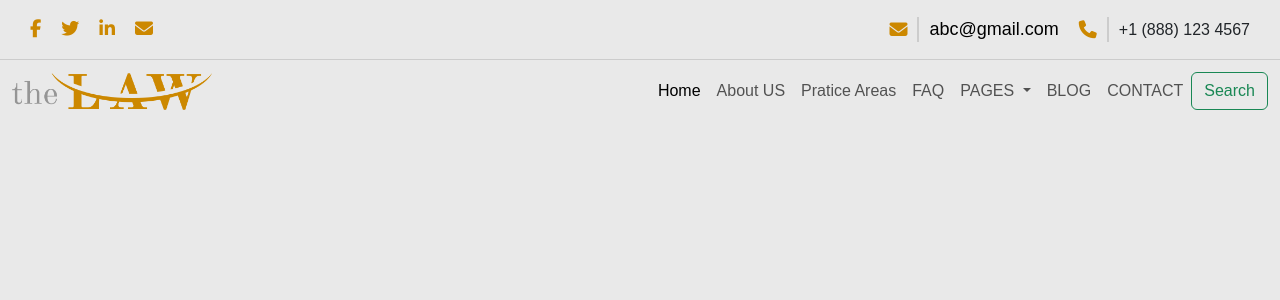
Repository: arehmanraza/lawyer_website
Page: Pages/index.html
The author's editor kept a copy of each file at every save. The page is drawn from the files as they stood at one save, then again after the next save.
The browser window is 1280 px wide. The pictures show the whole page.
Some web libraries are served in a nearby version.

Above is the page before, as saved 2024-05-22 01:45:41.

### Pages/index.html
<!DOCTYPE html>
<html lang="en">
  <head>
    <meta charset="utf-8" />
    <meta name="viewport" content="width=device-width, initial-scale=1" />
    <title>The Lawyer</title>
    <link
      rel="stylesheet"
      href="https://pro.fontawesome.com/releases/v5.10.0/css/all.css"
      integrity="sha384-AYmEC3Yw5cVb3ZcuHtOA93w35dYTsvhLPVnYs9eStHfGJvOvKxVfELGroGkvsg+p"
      crossorigin="anonymous"
    />
    <link rel="stylesheet" href="/Styling/style.css" />
    <link
      rel="stylesheet"
      href="https://cdnjs.cloudflare.com/ajax/libs/font-awesome/6.5.2/css/all.min.css"
      integrity="sha512-SnH5WK+bZxgPHs44uWIX+LLJAJ9/2PkPKZ5QiAj6Ta86w+fsb2TkcmfRyVX3pBnMFcV7oQPJkl9QevSCWr3W6A=="
      crossorigin="anonymous"
      referrerpolicy="no-referrer"
    />
    <link
      href="https://cdn.jsdelivr.net/npm/bootstrap@5.3.3/dist/css/bootstrap.min.css"
      rel="stylesheet"
      integrity="sha384-QWTKZyjpPEjISv5WaRU9OFeRpok6YctnYmDr5pNlyT2bRjXh0JMhjY6hW+ALEwIH"
      crossorigin="anonymous"
    />
  </head>
  <body>
    <div class="main-container">


      <!-- ---------------head_top_container start ------------------  -->




      <div class="head_top">
        <div class="head_top_left">
          <ul>
            <li>
              <i class="icon2 fa-brands fa-facebook-f"></i>
            </li>
            <li>
              <i class="icon2 fa-brands fa-twitter"></i>
            </li>
            <li>
              <i class="icon2 fa-brands fa-linkedin-in"></i>
            </li>
            <li>
              <i class="icon2 fa-solid fa-envelope"></i>
            </li>
          </ul>
        </div>
        <div class="head_top_right">
          <ul>
            <li>
              <i class="icon2 fa-solid fa-envelope"></i>
              <p class="border1"></p>
              <span><a class="phoneno" href = "mailto: a.rehman78766@gmail.com">abc@gmail.com</a></span>
            </li>
            <li>
              <i class="icon2 fa-solid fa-phone"></i>
              <p class="border1"></p>
              <span>+1 (888) 123 4567</span>
            </li>

          </ul>
        </div>
      </div>
      <!-- ---------------head_top_container end ------------------  -->






      <!-- ---------------Navbar_container start ------------------  -->


      <nav class="navbar navbar-expand-lg ">
        <div class="container-fluid">
          <a class="navbar-brand" href="#"><img src="/Images/logo.png"  width="200px"></a>
          <button class="navbar-toggler" type="button" data-bs-toggle="collapse" data-bs-target="#navbarSupportedContent" aria-controls="navbarSupportedContent" aria-expanded="false" aria-label="Toggle navigation">
            <span class="navbar-toggler-icon"></span>
          </button>
          <div class="collapse navbar-collapse" id="navbarSupportedContent">
            <ul class="navbar-nav ms-auto mb-2 mb-lg-0">
              <li class="nav-item">
                <a class="nav-link active" aria-current="page" href="#">Home</a>
              </li>
              <li class="nav-item">
                <a class="nav-link" href="#">About US</a>
              </li>
              <li class="nav-item">
                <a class="nav-link" href="#">Pratice Areas</a>
              </li>
              <li class="nav-item">
                <a class="nav-link" href="#">FAQ</a>
              </li>

              <li class="nav-item dropdown">
                <a class="nav-link dropdown-toggle" href="#" role="button" data-bs-toggle="dropdown" aria-expanded="false">
                  PAGES
                </a>
                <ul class="dropdown-menu">
                  <li><a class="dropdown-item" href="#">SHOP</a></li>
                  <li><a class="dropdown-item" href="#">ABOUT 2</a></li>
                  <li><a class="dropdown-item" href="#">CONTACT 2</a></li>
                </ul>
              </li>
              <li class="nav-item">
                <a class="nav-link" href="#">BLOG</a>
              </li>
              <li class="nav-item">
                <a class="nav-link" href="#">CONTACT</a>
              </li>
            </ul>
            <form class="d-flex" role="search">

              <button class="btn btn-outline-success" type="submit">Search</button>
            </form>
          </div>
        </div>
      </nav>





      <!-- ---------------Navbar_container end ------------------  -->





    </div>
    <script
      src="https://cdn.jsdelivr.net/npm/bootstrap@5.3.3/dist/js/bootstrap.bundle.min.js"
      integrity="sha384-YvpcrYf0tY3lHB60NNkmXc5s9fDVZLESaAA55NDzOxhy9GkcIdslK1eN7N6jIeHz"
      crossorigin="anonymous"
    ></script>
  </body>
</html>

### Styling/style.css
*{
    margin: 0;
    padding: 0;
    box-sizing: border-box;
    font-family: Arial, Helvetica, sans-serif, "Montserrat";
}
.main-container{
    background-color: #e9e9e9;
    width: 100%;
    height: 100vh;
    padding: 0px;
}

.head_top {
    width: 100%;
    height: 60px;
    display: flex;
    justify-content: space-between;
    align-items: center; /* Center items vertically */
    border-bottom: 1px solid #ccc;
    padding: 0px 20px;
}

.head_top_left {
    width: 50%;
    display: flex; /* Ensure the left container is also using flexbox */
    align-items: center; /* Center items vertically */
}
.head_top_left ul {
    display: flex;
    list-style: none;
    padding: 0;
    margin: 0;
}
.head_top_left ul li{
    padding: 0px 10px;
}
.head_top_right{
    display: flex;
    align-items: center;
    width: 50%;
}
.head_top_right ul{
    display: flex;
    list-style: none;
    padding: 0;
    margin: 0px 0px 0px auto;

}
.head_top_right ul li{
    padding: 0px 10px;
    display: flex;
    align-items: center;
}
.border1{
    border-left: 2px solid #ccc;

    height: 25px;
    margin: 0px 10px;
}
.icon2{
    color:  #cc8800;
  font-size: large;
}
.phoneno{
    color: black;
    font-size: 18px;
    font-weight: 500;
    text-decoration: none
}

After the next save:
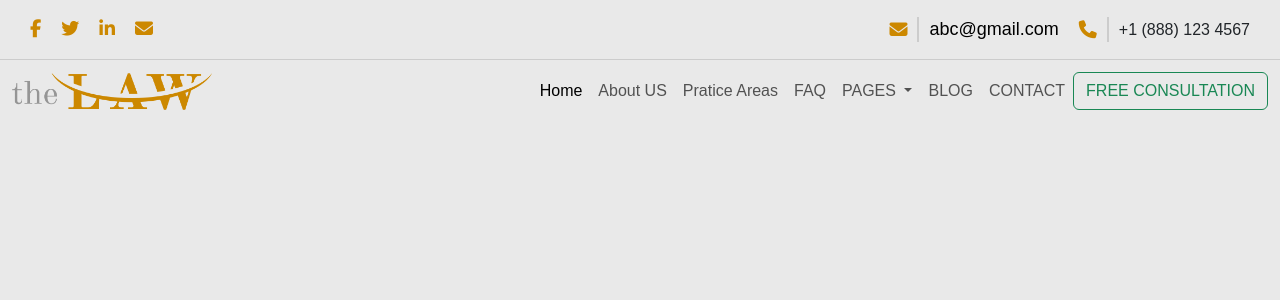
Saved 8 s later.
--- a/Pages/index.html
+++ b/Pages/index.html
@@ -117,7 +117,7 @@
             </ul>
             <form class="d-flex" role="search">
 
-              <button class="btn btn-outline-success" type="submit">Search</button>
+              <button class="btn btn-outline-success" type="submit">FREE CONSULTATION</button>
             </form>
           </div>
         </div>
